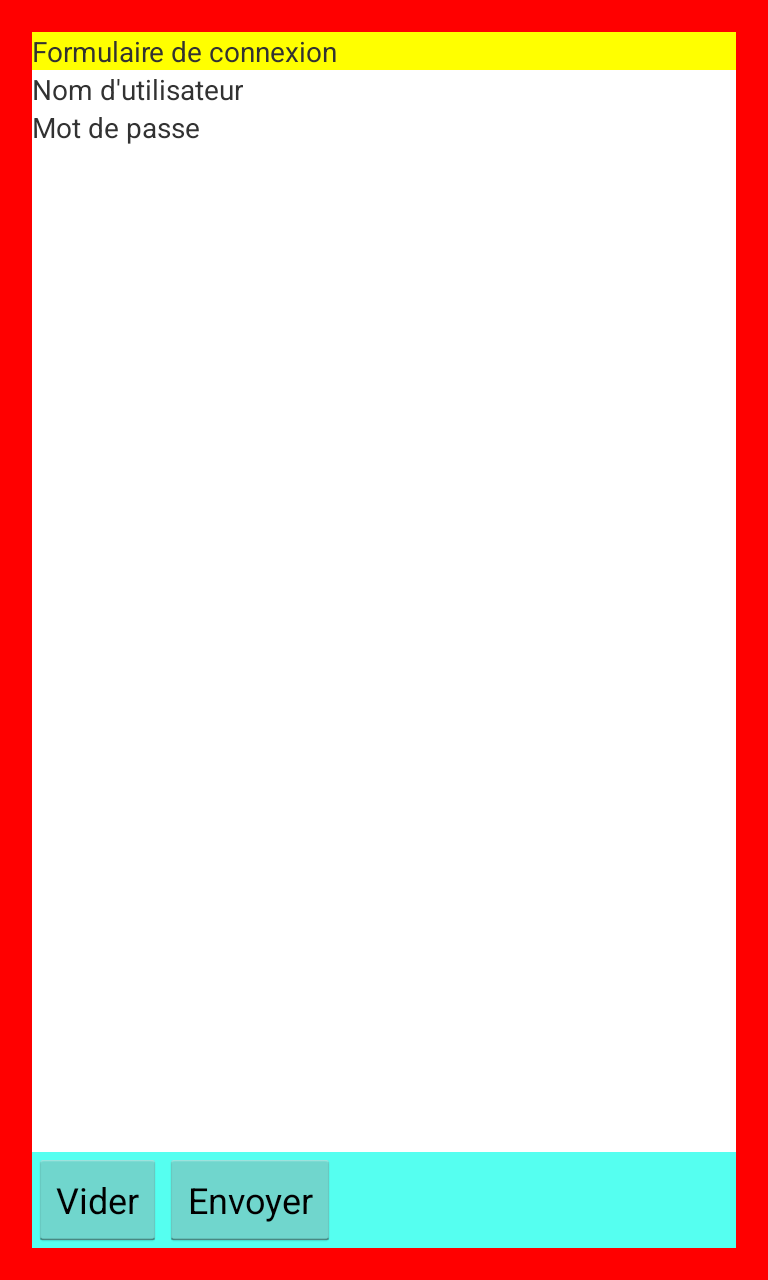
Repository: ablanchard/formation-android
Layout: ParlezVousAndroid/res/layout/fragment_main.xml
The author's editor kept a copy of each file at every save. The layout is drawn from the files as they stood at one save, then again after the next save.
It is drawn on a 768 x 1280 px phone screen (xhdpi) without system bars, with theme AppTheme; the app's code is not run.

Above is the layout before, as saved 2014-04-29 09:01:12.

After the next save:
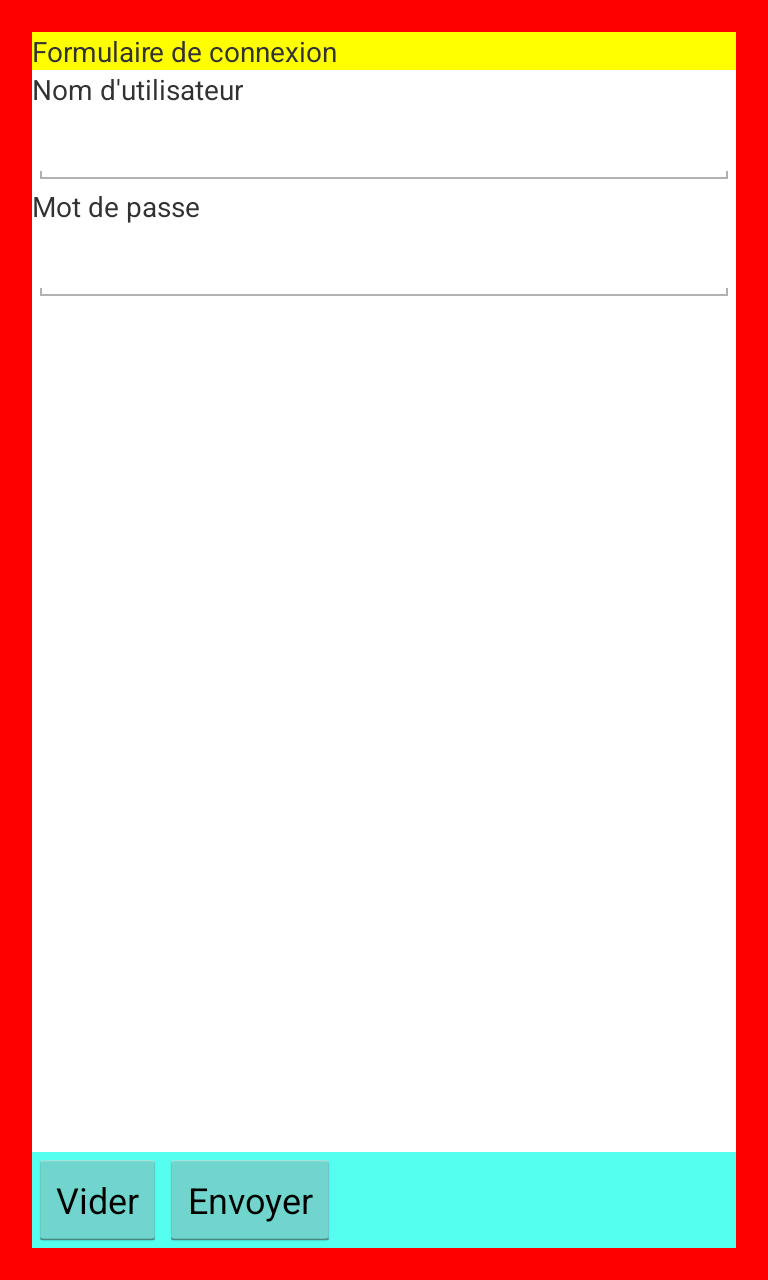
Saved 2 min 7 s later.
--- a/ParlezVousAndroid/res/layout/fragment_main.xml
+++ b/ParlezVousAndroid/res/layout/fragment_main.xml
@@ -43,6 +43,7 @@
                 android:text="@string/nom" />
 
             <EditText
+                android:layout_height="wrap_content"
                 android:layout_width="fill_parent"
                 android:inputType="text" />
 
@@ -52,6 +53,8 @@
                 android:text="@string/pass" />
 
             <EditText
+
+                android:layout_height="wrap_content"
                 android:layout_width="fill_parent"
                 android:inputType="text" />
         </LinearLayout>
